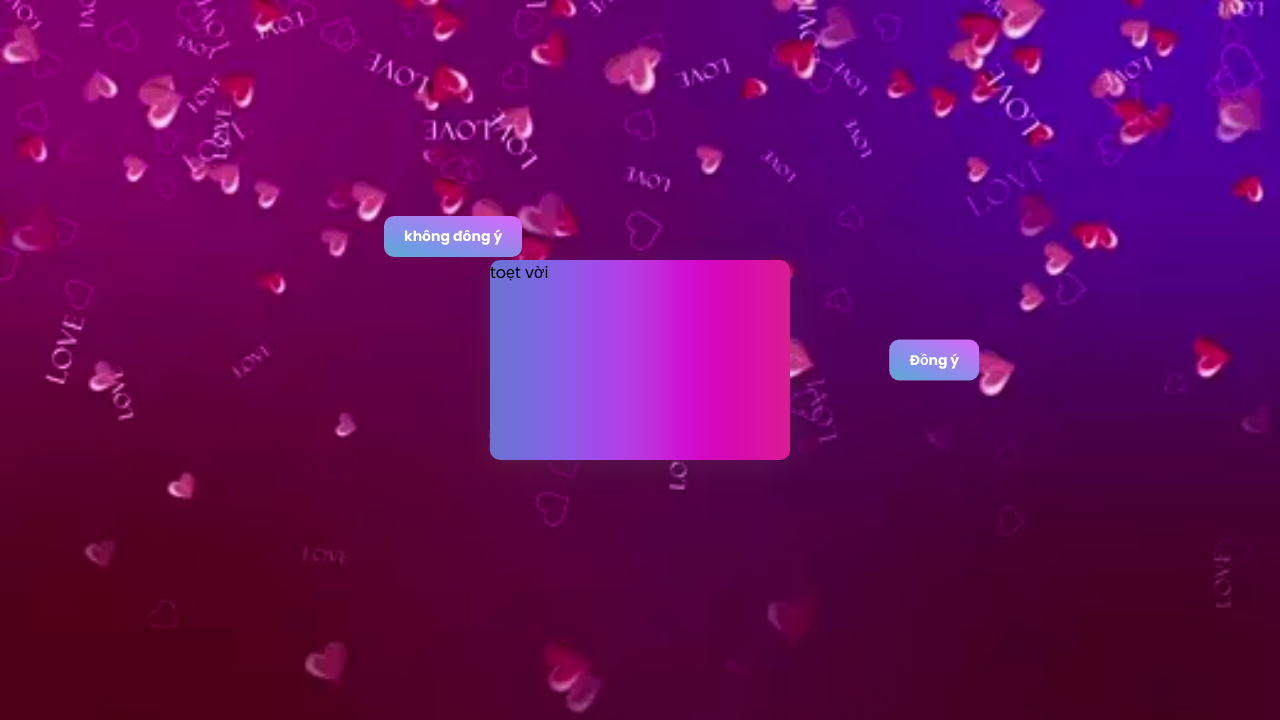
Repository: kuluong2000/love
Page: index.html
These files come from the project's save history. The page is drawn as it stood at one moment and after the next save; the edit follows.
The browser window is 1280 px wide. The pictures show the whole page.

Above is the page before, as saved 2022-06-04 22:25:57.

### index.html
<!DOCTYPE html>
<html lang="en">
  <head>
    <meta charset="UTF-8" />
    <meta http-equiv="X-UA-Compatible" content="IE=edge" />
    <meta name="viewport" content="width=device-width, initial-scale=1.0" />
    <link rel="stylesheet" href="app.css" />
    <title>Document</title>
  </head>
  <body>
    <div class="love">
      <button class="love-success btn">Đồng ý</button>
      <button class="love-fail btn">không đông ý</button>
    </div>
    <div class="box">toẹt vời</div>
    <script src="./app.js"></script>
  </body>
</html>

### app.css
@import url("https://fonts.googleapis.com/css2?family=Poppins:ital,wght@0,300;0,400;0,500;0,600;0,700;1,300;1,400;1,500;1,600;1,700&display=swap");
* {
  padding: 0;
  margin: 0;
  box-sizing: border-box;
}
body {
  font-family: "Poppins", sans-serif;
}
.love {
  position: relative;
  width: 100%;
  height: 100vh;
  background: url("./image/bg.webp") no-repeat center / cover;
}
.btn {
  display: inline-block;
  position: absolute;
  border: none;
  outline: none;
  cursor: pointer;
  padding: 10px 20px;
  border-radius: 10px;
  background-image: linear-gradient(to right top, #6ba6d1, #69a2d9, #6c9ee0, #7698e5, #8491e8, #8e8cec, #9b87ef, #a980f0, #b57af5, #c273f8, #d06afa, #df5ffb);
  color: white;
  font-size: 14px;
  font-family: "Poppins", sans-serif;
  font-weight: bold;
  transition: color 0.2s ease;
  overflow: hidden;
}

.btn::before {
  content: "";
  position: absolute;
  width: 0%;
  height: 100%;
  top: 0;
  right: 0;

  /* background-color: transparent; */
  transition: width 0.2s cubic-bezier(0.29, 0.18, 0.26, 0.83);
  background-image: linear-gradient(to right top, #6b74d1, #736ddb, #8065e3, #905ae8, #a34aeb, #b33ee4, #c12ddb, #ce12d2, #d508c1, #d808b0, #da12a1, #d91d93);

  z-index: -1;
}
.btn:hover::before {
  width: 100%;
  left: 0;
}
.love-success {
  right: 20%;
  top: 50%;
  transform: translate(-50%, -50%);
}
.love-fail {
  top: 30%;
  left: 30%;
  transform: translate(0);
}
.box {
  position: absolute;
  top: 50%;
  left: 50%;
  width: 300px;
  height: 200px;
  border-radius: 10px;
  transform: translate(-50%, -50%);
  background-image: linear-gradient(to right, #6b74d1, #736ddb, #8065e3, #905ae8, #a34aeb, #b33ee4, #c12ddb, #ce12d2, #d508c1, #d808b0, #da12a1, #d91d93);
  box-shadow: rgba(100, 100, 111, 0.2) 0px 7px 29px 0px;
}

### app.js
let position = document.body.getBoundingClientRect();
let widthBody = position.width;
let height = position.height;

const btnFail = document.querySelector(".love-fail");
const btnSize = btnFail.offsetWidth;
btnFail.addEventListener("mouseenter", () => {
  btnFail.style.left = `${Math.random() * widthBody - btnSize}px`;
  if (btnFail.style.left < 0) {
    btnFail.style.left = "10px";
  }
  btnFail.style.top = `${Math.random() * height}px`;
  //   btnFail.style.left = `${Math.random() * widthBody}px`;
  //   btnFail.style.left = `${Math.random() * widthBody}px`;
});

After the next save:
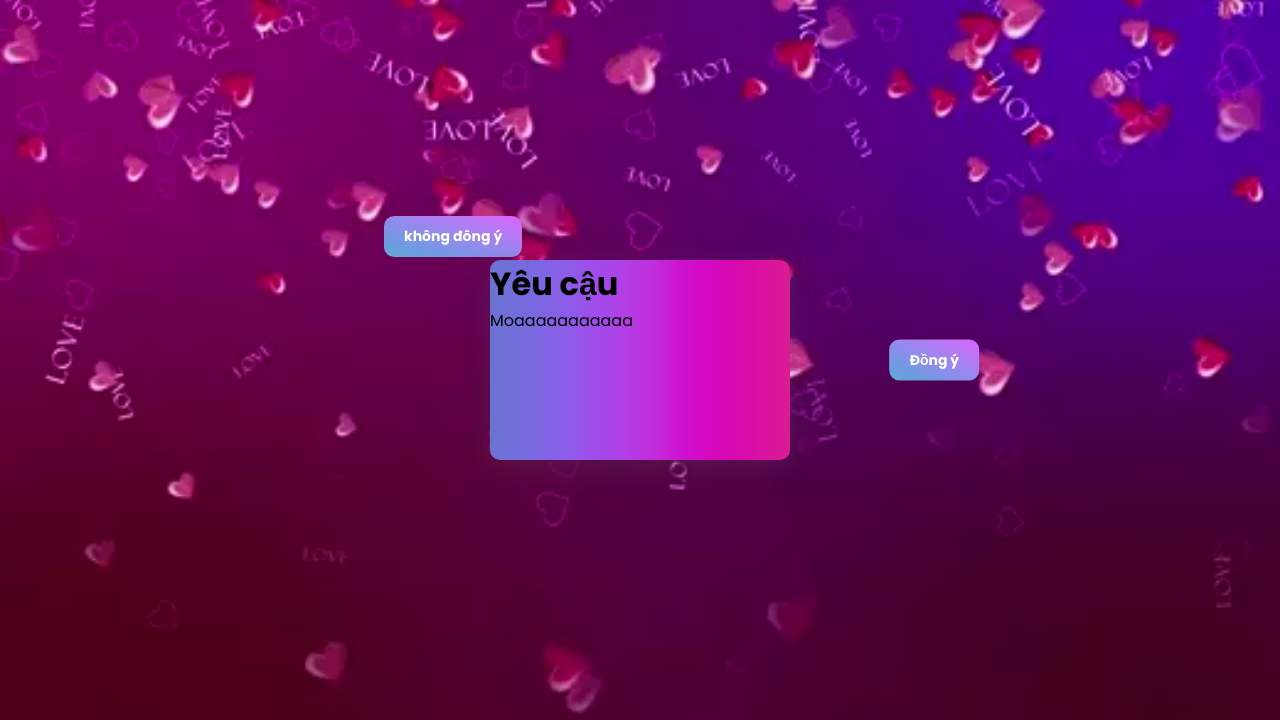
Saved 2 min 14 s later.
--- a/index.html
+++ b/index.html
@@ -12,7 +12,10 @@
       <button class="love-success btn">Đồng ý</button>
       <button class="love-fail btn">không đông ý</button>
     </div>
-    <div class="box">toẹt vời</div>
+    <div class="box">
+      <h1>Yêu cậu</h1>
+      <p>Moaaaaaaaaaaa</p>
+    </div>
     <script src="./app.js"></script>
   </body>
 </html>
